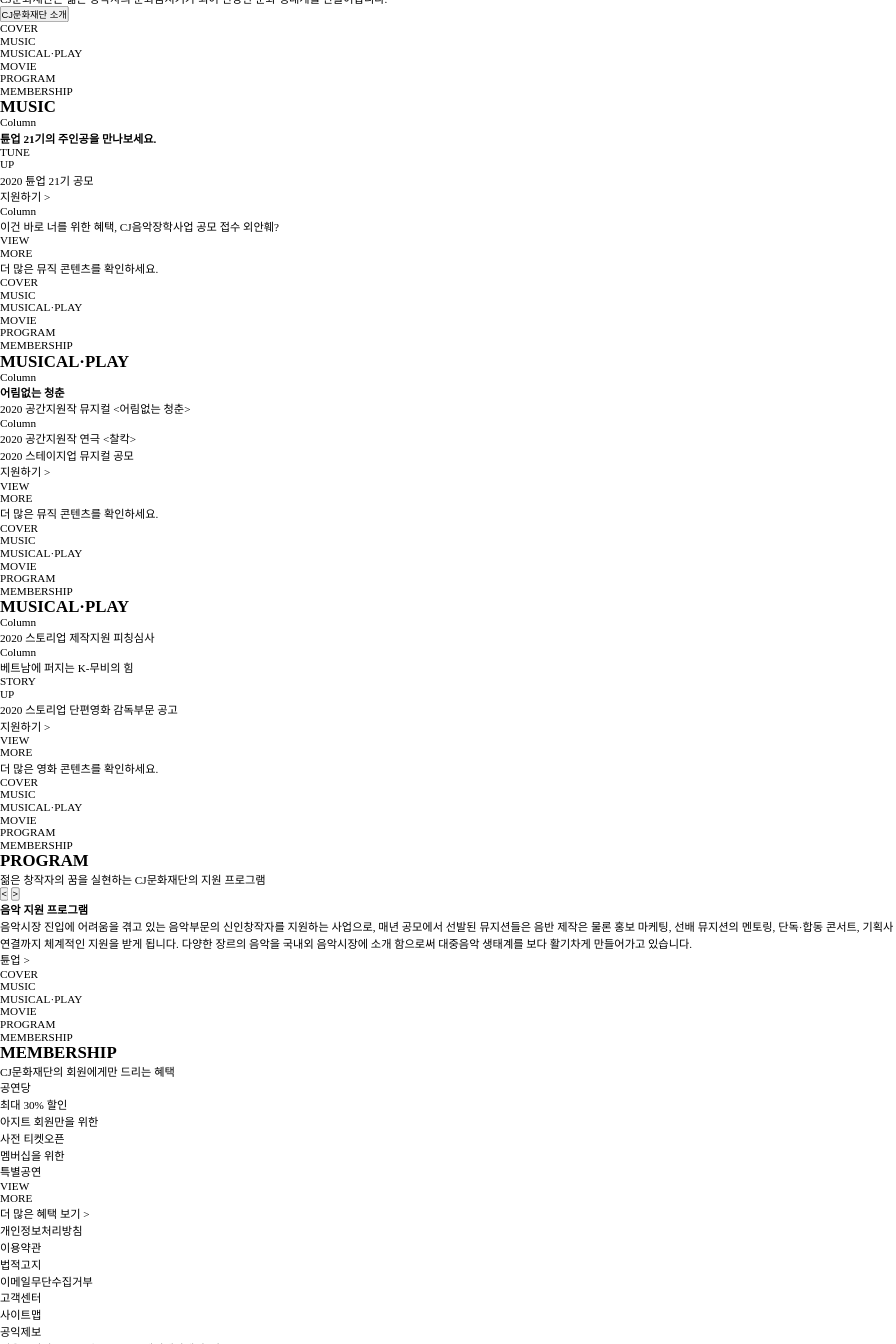
Repository: godcl1623/Tutorials
Page: 습작/CJazit/cjazit-index.html
The author's editor kept a copy of each file at every save. The page is drawn from the files as they stood at one save, then again after the next save.
The browser window is 1280 px wide. The pictures show the part of the page from y = 811 to 2731 px (the page is 2923 px tall before and 2953 px after), at 70% of full size.
Some web libraries are served in a nearby version.

Above is the page before, as saved 2021-01-12 23:00:20.

### 습작/CJazit/cjazit-index.html
<!DOCTYPE html>
<html lang="kr">
<head>
  <meta charset="UTF-8">
  <meta name="viewport" content="width=device-width, initial-scale=1.0">
  <title>CJ문화재단</title>
  <link rel="stylesheet" href="cjazit-style.css">
  <script src="https://kit.fontawesome.com/126dba6a94.js" crossorigin="anonymous"></script>
</head>
<body>
<!--nav바 - 로고, 메뉴, 유틸리티메뉴 3단구성-->
  <nav>
    <!--nav바 로고 컨테이너-->
    <div class="logo-place"></div>
    <!--nav바 메뉴 컨테이너-->
    <ul class="menu-main">
      <li>컬쳐플레이스
        <ul class="menu-sub">
          <li>음악</li>
          <li>뮤지컬, 연극</li>
          <li>영화</li>
        </ul>
      </li>
      <li>창작자 지원
        <ul class="menu-sub">
          <li>튠업</li>
          <li>스테이지업</li>
          <li>스토리업</li>
          <li>CJ음악장학사업</li>
          <li>한중청년꿈키움단편영화제</li>
          <li>유재하음악경연대회</li>
        </ul>
      </li>
      <li>CJ아지트
        <ul class="menu-sub">
          <li>CJ아지트 소개</li>
          <li>CJ아지트 광흥창</li>
          <li>CJ아지트 대학로</li>
          <li>공연 예매</li>
          <li>멤버십 혜택</li>
          <li>아지트 오시는 길</li>
        </ul>
      </li>
      <li>재단 소개
        <ul class="menu-sub">
          <li>CJ문화재단</li>
          <li>연혁</li>
          <li>소식</li>
          <li>이벤트</li>
        </ul>
      </li>
    </ul>
    <!--nav바 언어, 검색 등 유틸리티 메뉴 컨테이너-->
    <div class="utility">
      <div class="language">
        <span><p>KOR</p></span>
        <span><p>ENG</p></span>
      </div>
      <div class="utility-icons">
        <div><i class="far fa-user"></i></div>
        <div><i class="fas fa-ticket-alt"></i></div>
        <div><i class="fas fa-search"></i></div>
      </div>
    </div>
  </nav>
<!--header 컨텐츠용 컨테이너-->
  <header>
    <!--사이드바 양식 통일용 - 실제 표시는 X-->
    <ul class="sidebar">
      <li>COVER</li>
      <li>MUSIC</li>
      <li>MUSICAL·PLAY</li>
      <li>MOVIE</li>
      <li>PROGRAM</li>
      <li>MEMBERSHIP</li>
    </ul>
    <!--메인 이미지 삽입 공간-->
    <div class="main-image"></div>
    <!--이미지 위에 삽입하는 소개문구 컨테이너-->
    <div class="welcom-box">
      <h1>당신의 꿈을 믿습니다</h1>
      <p>CJ문화재단은 젊은 창작자의 문화꿈지기가 되어 건강한 문화 생태계를 만들어갑니다.</p>
      <button>CJ문화재단 소개</button>
    </div>
  </header>
<!--article1 - Music 컨테이너-->
  <article class="article1-music">
    <!--사이드바 - article 모두 공통 양식 사용-->
    <ul class="sidebar">
      <li>COVER</li>
      <li>MUSIC</li>
      <li>MUSICAL·PLAY</li>
      <li>MOVIE</li>
      <li>PROGRAM</li>
      <li>MEMBERSHIP</li>
    </ul>
    <!--컨텐츠 컨테이너 - article 모두 공통 양식 사용-->
    <div class="article-1-contents-wrapper">
      <h1>MUSIC</h1>
      <!--게시물 목록 컨테이너 - article 전체 공통 양식 사용-->
      <div class="article-1-images-wrapper">
        <!--게시물 1단위 컨테이너-->
        <div class="article-1-image-contents">
          <!--이미지 문구 삽입용 컨테이너-->
          <div class="article-1-image-commentary">
            <p>Column</p>
            <h4>튠업 21기의 주인공을 만나보세요.</h4>
          </div>
        </div>
        <div class="article-1-image-contents">
          <div class="article-1-image-commentary">
            <p>TUNE<br>UP</p>
            <p>2020 튠업 21기 공모</p>
            <p>지원하기 ></p>
          </div>
        </div>
        <div class="article-1-image-contents">
          <div class="article-1-image-commentary">
            <p>Column</p>
            <p>이건 바로 너를 위한 혜택, CJ음악장학사업 공모 접수 외안훼?</p>
          </div>
        </div>
        <div class="article-1-image-contents">
          <div class="article-1-image-commentary">
            <p>VIEW<br>MORE</p>
            <p>더 많은 뮤직 콘텐츠를 확인하세요.</p>
          </div>
        </div>
      </div>
    </div>
  </article>
  <article class="article2-musical-play">
    <ul class="sidebar">
      <li>COVER</li>
      <li>MUSIC</li>
      <li>MUSICAL·PLAY</li>
      <li>MOVIE</li>
      <li>PROGRAM</li>
      <li>MEMBERSHIP</li>
    </ul>
    <div class="article-2-contents-wrapper">
      <h1>MUSICAL·PLAY</h1>
      <div class="article-2-images-wrapper">
        <div class="article-2-image-contents">
          <div class="article-2-image-commentary">
            <p>Column</p>
            <h4>어림없는 청춘</h4>
            <p>2020 공간지원작 뮤지컬 &lt;어림없는 청춘&gt;</p>
          </div>
        </div>
        <div class="article-2-image-contents">
          <div class="article-2-image-commentary">
            <p>Column</p>
            <p>2020 공간지원작 연극 &lt;찰칵&gt;</p>
          </div>
        </div>
        <div class="article-2-image-contents">
          <div class="article-2-image-commentary">
            <p>2020 스테이지업 뮤지컬 공모</p>
            <p>지원하기 ></p>
          </div>
        </div>
        <div class="article-2-image-contents">
          <div class="article-2-image-commentary">
            <p>VIEW<br>MORE</p>
            <p>더 많은 뮤직 콘텐츠를 확인하세요.</p>
          </div>
        </div>
      </div>
    </div>
  </article>
  <article class="article-3-movie">
    <ul class="sidebar">
      <li>COVER</li>
      <li>MUSIC</li>
      <li>MUSICAL·PLAY</li>
      <li>MOVIE</li>
      <li>PROGRAM</li>
      <li>MEMBERSHIP</li>
    </ul>
    <div class="article-3-contents-wrapper">
      <h1>MUSICAL·PLAY</h1>
      <div class="article-3-images-wrapper">
        <div class="article-3-image-contents">
          <div class="article-3-image-commentary">
            <p>Column</p>
            <p>2020 스토리업 제작지원 피칭심사</p>
          </div>
        </div>
        <div class="article-3-image-contents">
          <div class="article-3-image-commentary">
            <p>Column</p>
            <p>베트남에 퍼지는 K-무비의 힘</p>
          </div>
        </div>
        <div class="article-3-image-contents">
          <div class="article-3-image-commentary">
            <p>STORY<br>UP</p>
            <p>2020 스토리업 단편영화 감독부문 공고</p>
            <p>지원하기 ></p>
          </div>
        </div>
        <div class="article-3-image-contents">
          <div class="article-3-image-commentary">
            <p>VIEW<br>MORE</p>
            <p>더 많은 영화 콘텐츠를 확인하세요.</p>
          </div>
        </div>
      </div>
    </div>
  </article>
  <article class="article-4-program">
    <ul class="sidebar">
      <li>COVER</li>
      <li>MUSIC</li>
      <li>MUSICAL·PLAY</li>
      <li>MOVIE</li>
      <li>PROGRAM</li>
      <li>MEMBERSHIP</li>
    </ul>
    <div class="article-4-contents-wrapper">
      <div class="article-4-summary">
        <h1>PROGRAM</h1>
        <p>젊은 창작자의 꿈을 실현하는 CJ문화재단의 지원 프로그램</p>
      </div>
      <div class="article-4-contents-specific">
        <div class="button-box">
          <button class="previous">&lt;</button>
          <button class="next">&gt;</button>
        </div>
        <div class="article-4-text-box">
          <div class="article-4-text-box-specific">
            <div class="article-4-program-icon"></div>
            <div class="article-4-program-specific">
              <h4>음악 지원 프로그램</h4>
              <p>음악시장 진입에 어려움을 겪고 있는 음악부문의 신인창작자를 지원하는 사업으로, 매년 공모에서 선발된 뮤지션들은 음반 제작은 물론 홍보 마케팅, 선배 뮤지션의 멘토링, 단독·합동 콘서트, 기획사 연결까지 체계적인 지원을 받게 됩니다. 다양한 장르의 음악을 국내외 음악시장에 소개 함으로써 대중음악 생태계를 보다 활기차게 만들어가고 있습니다.</p>
            </div>
          </div>
          <p>튠업 ></p>
        </div>
      </div>
    </div>
  </article>
  <article class="article-5-membership">
    <ul class="sidebar">
      <li>COVER</li>
      <li>MUSIC</li>
      <li>MUSICAL·PLAY</li>
      <li>MOVIE</li>
      <li>PROGRAM</li>
      <li>MEMBERSHIP</li>
    </ul>
    <div class="article-5-contents-wrapper">
      <div class="article-5-summary">
        <h1>MEMBERSHIP</h1>
        <p>CJ문화재단의 회원에게만 드리는 혜택</p>
      </div>
      <div class="article-5-images-wrapper">
        <div class="article-5-image-contents">
          <div class="article-5-image-commentary">
            <p>공연당<br>최대 30% 할인</p>
          </div>
        </div>
        <div class="article-5-image-contents">
          <div class="article-5-image-commentary">
            <p>아지트 회원만을 위한<br>사전 티켓오픈</p>
          </div>
        </div>
        <div class="article-5-image-contents">
          <div class="article-5-image-commentary">
            <p>멤버십을 위한<br>특별공연</p>
          </div>
        </div>
        <div class="article-5-image-contents">
          <div class="article-5-image-commentary">
            <p>VIEW<br>MORE</p>
            <p>더 많은 혜택 보기 ></p>
          </div>
        </div>
      </div>
    </div>
  </article>
  <footer>
    <div class="sitemap">
      <p>개인정보처리방침</p>
      <p>이용약관</p>
      <p>법적고지</p>
      <p>이메일무단수집거부</p>
      <p>고객센터</p>
      <p>사이트맵</p>
      <p>공익제보</p>
    </div>
    <div class="company-info">
      <div>
        <p>서울특별시 중구 동호로 330 CJ제일제당센터 8층</p>
        <p>대표전화: 02-6740-1486</p>
      </div>
      <div>
        <p>대표자: 이재현</p>
        <p>재단고유번호: 104-82-09634</p>
        <p>개인정보관리책임자: 정미영</p>
      </div>
      <div>
        <p>Copyright © 2017 CJ Cultural Foundation. All Rights Reserved.</p>
      </div>
    </div>
    <div class="sns-follow">
      <p>FOLLOW US</p>
      <div><i class="fab fa-facebook"></i><i class="fab fa-blogger"></i><i class="fab fa-instagram-square"></i><i class="fab fa-pinterest"></i></div>
    </div>
    <div class="group-shortcut">
      <p>그룹계열사 바로가기</p>
      <div class="help-icon"></div>
    </div>
  </footer>
</body>
</html>

### 습작/CJazit/cjazit-style.css
* {
  margin: 0;
  padding: 0;
}

ul,
ol,
li {
  list-style: none;
}

After the next save:
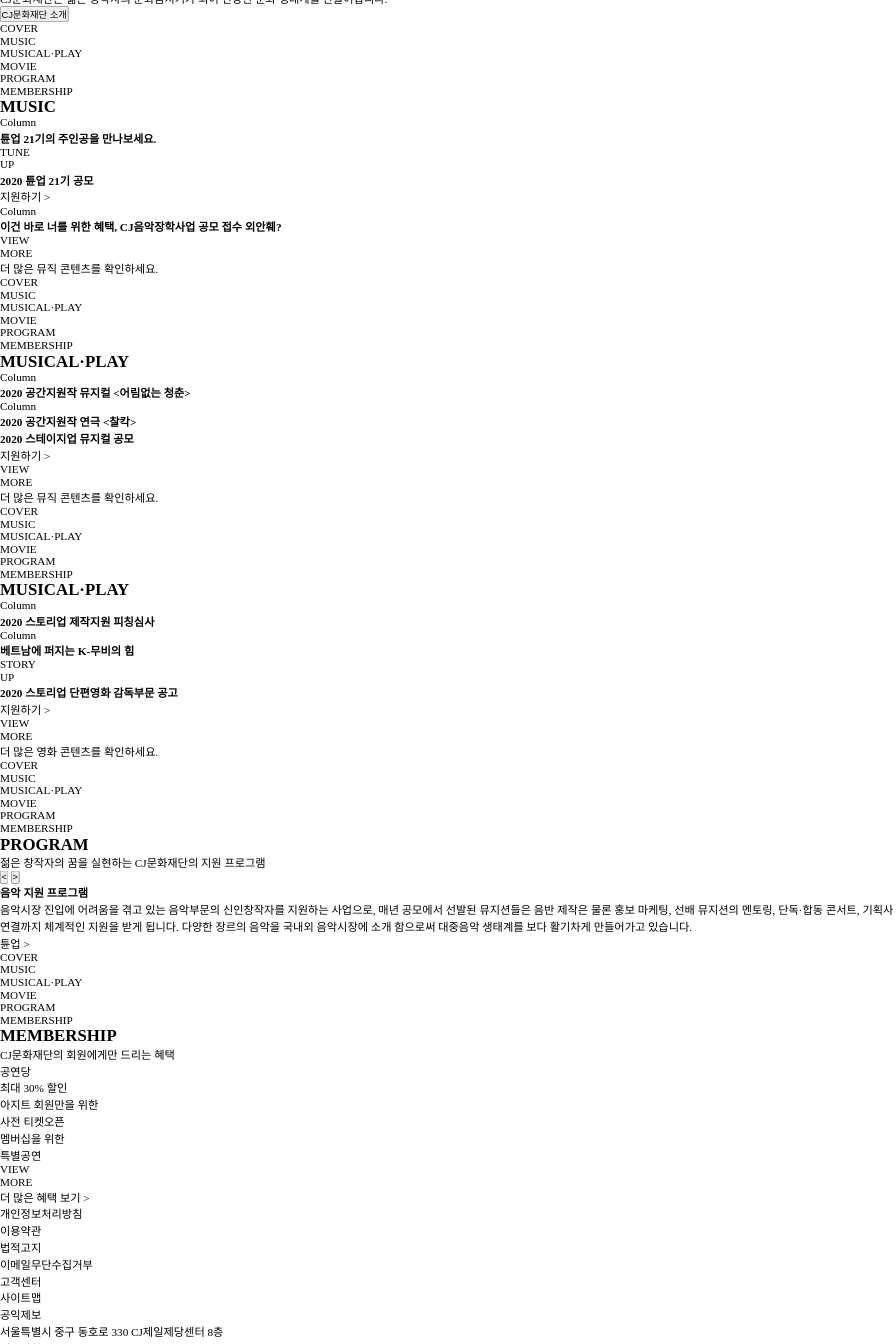
Saved 11 min 34 s later.
--- a/습작/CJazit/cjazit-index.html
+++ b/습작/CJazit/cjazit-index.html
@@ -109,15 +109,15 @@
         </div>
         <div class="article-1-image-contents">
           <div class="article-1-image-commentary">
-            <p>TUNE<br>UP</p>
-            <p>2020 튠업 21기 공모</p>
+            <p class="text-logo">TUNE<br>UP</p>
+            <h4>2020 튠업 21기 공모</h4>
             <p>지원하기 ></p>
           </div>
         </div>
         <div class="article-1-image-contents">
           <div class="article-1-image-commentary">
             <p>Column</p>
-            <p>이건 바로 너를 위한 혜택, CJ음악장학사업 공모 접수 외안훼?</p>
+            <h4>이건 바로 너를 위한 혜택, CJ음악장학사업 공모 접수 외안훼?</h4>
           </div>
         </div>
         <div class="article-1-image-contents">
@@ -129,6 +129,7 @@
       </div>
     </div>
   </article>
+<!--article2 musical, play 컨테이너 - article1 참조-->
   <article class="article2-musical-play">
     <ul class="sidebar">
       <li>COVER</li>
@@ -144,19 +145,18 @@
         <div class="article-2-image-contents">
           <div class="article-2-image-commentary">
             <p>Column</p>
-            <h4>어림없는 청춘</h4>
-            <p>2020 공간지원작 뮤지컬 &lt;어림없는 청춘&gt;</p>
+            <h4>2020 공간지원작 뮤지컬 &lt;어림없는 청춘&gt;</h4>
           </div>
         </div>
         <div class="article-2-image-contents">
           <div class="article-2-image-commentary">
             <p>Column</p>
-            <p>2020 공간지원작 연극 &lt;찰칵&gt;</p>
+            <h4>2020 공간지원작 연극 &lt;찰칵&gt;</h4>
           </div>
         </div>
         <div class="article-2-image-contents">
           <div class="article-2-image-commentary">
-            <p>2020 스테이지업 뮤지컬 공모</p>
+            <h4>2020 스테이지업 뮤지컬 공모</h4>
             <p>지원하기 ></p>
           </div>
         </div>
@@ -169,6 +169,7 @@
       </div>
     </div>
   </article>
+<!--article3 movie 컨테이너 - article1 참조-->
   <article class="article-3-movie">
     <ul class="sidebar">
       <li>COVER</li>
@@ -184,19 +185,19 @@
         <div class="article-3-image-contents">
           <div class="article-3-image-commentary">
             <p>Column</p>
-            <p>2020 스토리업 제작지원 피칭심사</p>
+            <h4>2020 스토리업 제작지원 피칭심사</h4>
           </div>
         </div>
         <div class="article-3-image-contents">
           <div class="article-3-image-commentary">
             <p>Column</p>
-            <p>베트남에 퍼지는 K-무비의 힘</p>
+            <h4>베트남에 퍼지는 K-무비의 힘</h4>
           </div>
         </div>
         <div class="article-3-image-contents">
           <div class="article-3-image-commentary">
-            <p>STORY<br>UP</p>
-            <p>2020 스토리업 단편영화 감독부문 공고</p>
+            <p class="text-logo">STORY<br>UP</p>
+            <h4>2020 스토리업 단편영화 감독부문 공고</h4>
             <p>지원하기 ></p>
           </div>
         </div>
@@ -209,6 +210,7 @@
       </div>
     </div>
   </article>
+<!--article4 program 컨테이너-->
   <article class="article-4-program">
     <ul class="sidebar">
       <li>COVER</li>
@@ -218,17 +220,22 @@
       <li>PROGRAM</li>
       <li>MEMBERSHIP</li>
     </ul>
+    <!--contents-wrapper: 배경화면 사용-->
     <div class="article-4-contents-wrapper">
+      <!--제목 외에 설명도 들어가는 경우 summary컨테이너 생성-->
       <div class="article-4-summary">
         <h1>PROGRAM</h1>
         <p>젊은 창작자의 꿈을 실현하는 CJ문화재단의 지원 프로그램</p>
       </div>
+      <!--게시물 전체 컨테이너-->
       <div class="article-4-contents-specific">
         <div class="button-box">
           <button class="previous">&lt;</button>
           <button class="next">&gt;</button>
         </div>
+        <!--버튼 아래쪽 게시물 내용 컨테이너-->
         <div class="article-4-text-box">
+          <!--게시물 구체적 내용 컨테이너-->
           <div class="article-4-text-box-specific">
             <div class="article-4-program-icon"></div>
             <div class="article-4-program-specific">
@@ -236,11 +243,13 @@
               <p>음악시장 진입에 어려움을 겪고 있는 음악부문의 신인창작자를 지원하는 사업으로, 매년 공모에서 선발된 뮤지션들은 음반 제작은 물론 홍보 마케팅, 선배 뮤지션의 멘토링, 단독·합동 콘서트, 기획사 연결까지 체계적인 지원을 받게 됩니다. 다양한 장르의 음악을 국내외 음악시장에 소개 함으로써 대중음악 생태계를 보다 활기차게 만들어가고 있습니다.</p>
             </div>
           </div>
+          <!--버튼, 게시물 내용과 별도 - text-box의 하위-->
           <p>튠업 ></p>
         </div>
       </div>
     </div>
   </article>
+<!--article5 membership 컨테이너-->
   <article class="article-5-membership">
     <ul class="sidebar">
       <li>COVER</li>
@@ -250,6 +259,7 @@
       <li>PROGRAM</li>
       <li>MEMBERSHIP</li>
     </ul>
+    <!--article5 컨텐츠 컨테이너 - article4 참조-->
     <div class="article-5-contents-wrapper">
       <div class="article-5-summary">
         <h1>MEMBERSHIP</h1>
@@ -280,7 +290,9 @@
       </div>
     </div>
   </article>
+<!--footer - 사이트맵, 회사 주소 등 정보, SNS 계정 3단구조-->
   <footer>
+    <!--사이트맵-->
     <div class="sitemap">
       <p>개인정보처리방침</p>
       <p>이용약관</p>
@@ -290,6 +302,7 @@
       <p>사이트맵</p>
       <p>공익제보</p>
     </div>
+    <!--회사 주소-->
     <div class="company-info">
       <div>
         <p>서울특별시 중구 동호로 330 CJ제일제당센터 8층</p>
@@ -304,10 +317,17 @@
         <p>Copyright © 2017 CJ Cultural Foundation. All Rights Reserved.</p>
       </div>
     </div>
+    <!--SNS 팔로우 아이콘 컨테이너-->
     <div class="sns-follow">
       <p>FOLLOW US</p>
-      <div><i class="fab fa-facebook"></i><i class="fab fa-blogger"></i><i class="fab fa-instagram-square"></i><i class="fab fa-pinterest"></i></div>
-    </div>
+      <div>
+        <div><i class="fab fa-facebook"></i></div>
+        <div><i class="fab fa-blogger"></i></div>
+        <div><i class="fab fa-instagram-square"></i></div>
+        <div><i class="fab fa-pinterest"></i></div>
+      </div>
+    </div>
+    <!--스크롤 최하단 그룹계열사 바로가기 박스-->
     <div class="group-shortcut">
       <p>그룹계열사 바로가기</p>
       <div class="help-icon"></div>
